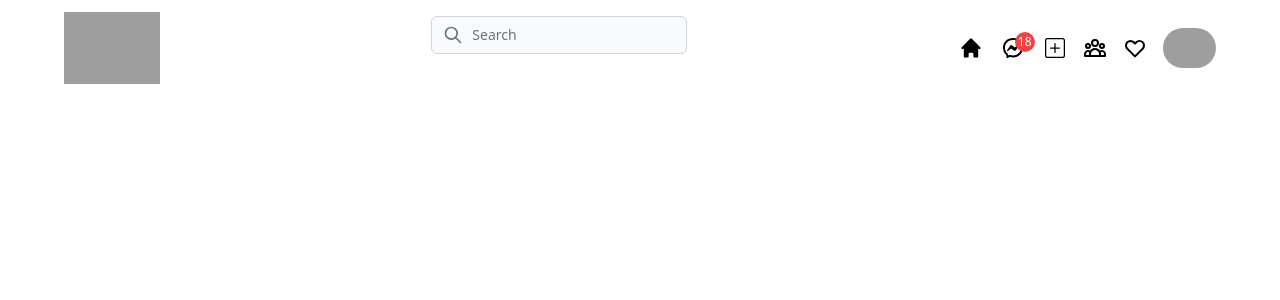
Repository: SehajBindra/insta--clone
Page: /
The author's editor kept a copy of each file at every save. The page is drawn from the files as they stood at one save, then again after the next save.
The browser window is 1280 px wide. The pictures show the whole page.
Pictures or frames that could not be fetched are drawn as grey boxes. The project was rebuilt for these pictures with package versions that can differ from the ones it lists, and the page was loaded fresh each time. The framework's server and built-in components were replaced by stand-ins that run in the browser. Also part of the build but not shown: next.config.js.

Above is the page before, as saved 2022-04-11 02:41:44.

After the next save:
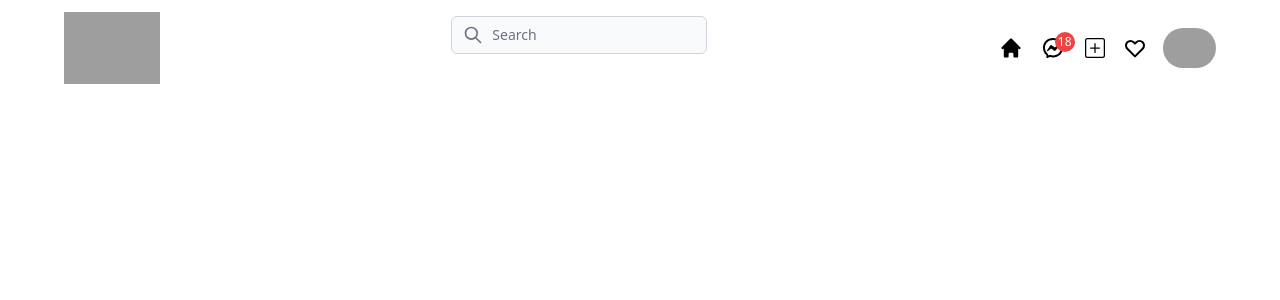
Saved 16 s later.
--- a/components/Header.js
+++ b/components/Header.js
@@ -53,7 +53,7 @@
        </div>
 
        <BsPlusSquare  className="h-5 w-6"/>
-       <UserGroupIcon className="navBtn"/>
+       {/* <UserGroupIcon className="navBtn"/> */}
        <HeartIcon     className="navBtn"  />
 
        <img className="h-10 rounded-full  cursor-pointer" src="https:links.papareact.com/3ke" alt="profile pic"  />
